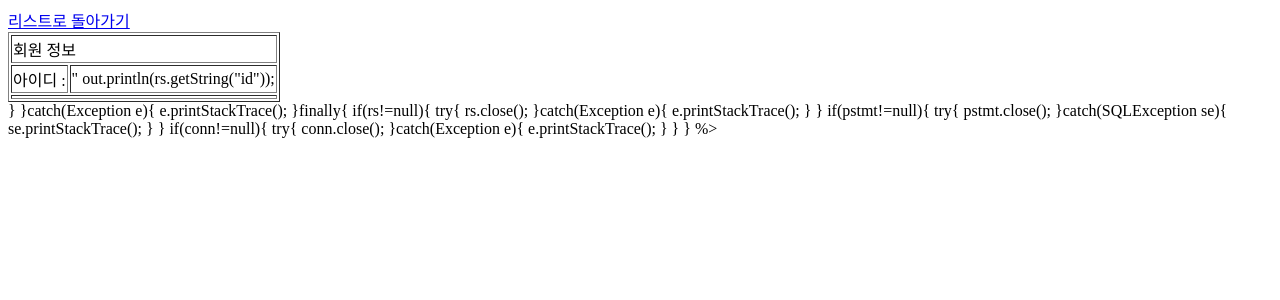
Repository: rumor1993/KH1
Page: http://localhost/JspProject/ch11/Member2/select.jsp
An editor plug-in stored every save of this project. The page is shown before and after the next save, followed by the edit.
The browser window is 1280 px wide. The pictures show the whole page.
The page is served by Tomcat 9.

Above is the page before, as saved 2018-05-08 03:28:01.

After the next save:
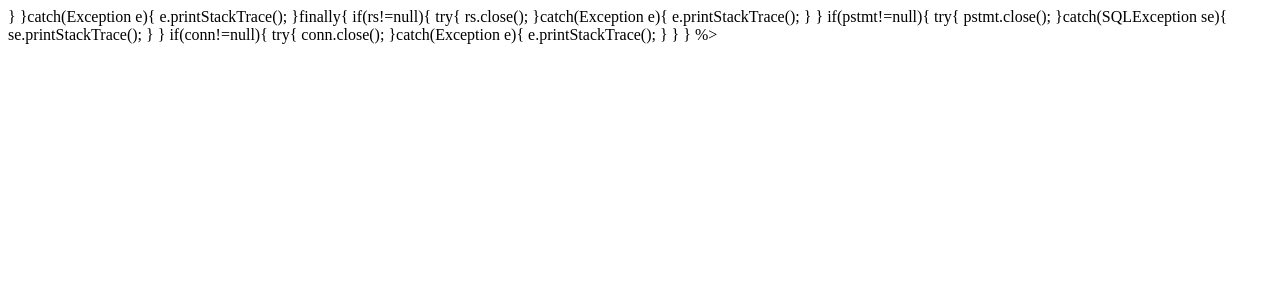
Saved 4 s later.
--- a/JspProject/WebContent/ch11/Member2/select.jsp
+++ b/JspProject/WebContent/ch11/Member2/select.jsp
@@ -15,27 +15,7 @@
 
 
 
-	<table border=1>
-	<tr>
-	<td colspan =2>회원 정보</td>
-	</tr>
-	<tr>
-		<td>
-		아이디 :
-		</td>
-		<td>"
-		out.println(rs.getString("id"));
-		</td>
-		</tr>
 
-
-
- 		<tr>
-		<td colspan=2></td>
-		<a href='member_list.jsp'> 리스트로 돌아가기 </a>
-		</td>
-		</tr>
-		</table>
 	}
 
 	}catch(Exception e){
